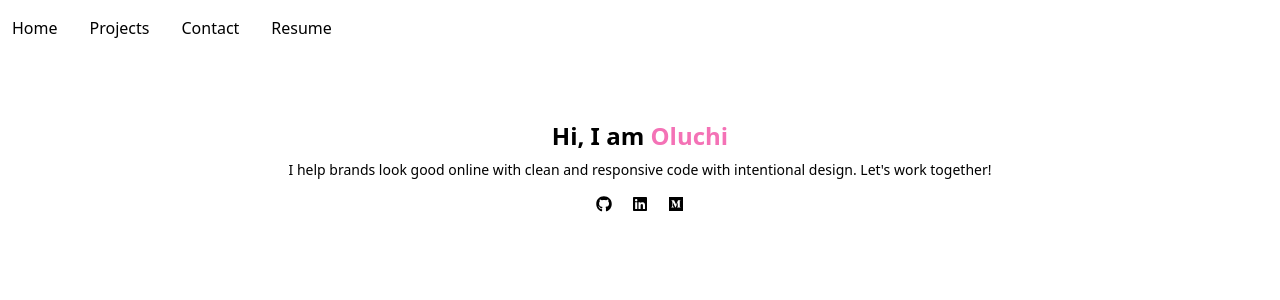
Repository: ooluchi/portfolio_
Page: / (app in my-react-app/)
The author's editor kept a copy of each file at every save. The page is drawn from the files as they stood at one save, then again after the next save.
The browser window is 1280 px wide. The pictures show the whole page.
The project was rebuilt for these pictures with package versions that can differ from the ones it lists, and the page was loaded fresh each time. Also part of the build but not shown: my-react-app/vite.config.ts.

Above is the page before, as saved 2025-11-20 12:07:10.

### my-react-app/src/index.css
@import url("https://fonts.googleapis.com/css2?family=Kumbh+Sans:wght@100;200;300;400;500;600;700;800;900&display=swap");

@tailwind base;
@tailwind components;
@tailwind utilities;

* {
    margin: 0;
    padding: 0;
    box-sizing: border-box;
  }

### my-react-app/src/App.tsx


import './index.css'
import Home from './components/Home'
import NavBar from './components/NavBar'

export default function App() {

  return (
    <div className='dark'>
    <NavBar />
    <Home />
    </div>
  )
}

### my-react-app/src/components/Home.tsx
import { FaGithub, FaLinkedin, FaMedium } from "react-icons/fa";

import "../index.css";


export default function Home() {
  return (
    <div>

      <div className="text-center ">
        <h1 className="font-semibold mt-16 text-2xl">Hi, I am <span className="text-pink-400">Oluchi</span></h1>
        <div className="mt-2 text-sm">
          <p>I help brands look good online with clean and responsive code with intentional design. Let's work together!</p>
        </div>

      </div>
      <div className="flex justify-center gap-5 mt-4">
        <a
          href="https://github.com/ooluchi"
          target="_blank"
          rel="noreferrer"
          aria-label="GitHub"
        >
          <FaGithub/>
        </a>
        <a
          href="https://github.com/ooluchi"
          target="_blank"
          rel="noreferrer"
          aria-label="LinkedIn"
        >
        <FaLinkedin />
        </a>

        <a
          href="https://medium.com/@ooluchiokoro"
          target="_blank"
          rel="noreferrer"
          aria-label="Medium"
        >
          <FaMedium />
        </a>

      </div>
    </div>
  )
}

### my-react-app/src/components/NavBar.tsx

import "../index.css";





export default function NavBar() {

  // const [isOpen, setIsOpen] = useState(false);

  return (
    <nav className="text-center">
      <div className="text-center py-4 ">
        <div className="">
          <div className="lg:hidden">

          </div>
          <div className="w-full lg:block">
            <ul className={`flex flex-row align-justify gap-8 ml-3 lg:static`}>
              <li className=""><a href="#">Home</a></li>
              <li className=""><a href="#">Projects</a></li>
              <li className=""><a href="#">Contact</a></li>
              <li className=""><a href="#">Resume</a></li>
            </ul>
          </div>

        </div>


      </div>

    </nav>
  )
}

Loaded but not shown: my-react-app/index.html (common file); my-react-app/src/main.tsx (common file); my-react-app/tailwind.config.js (common file)

After the next save:
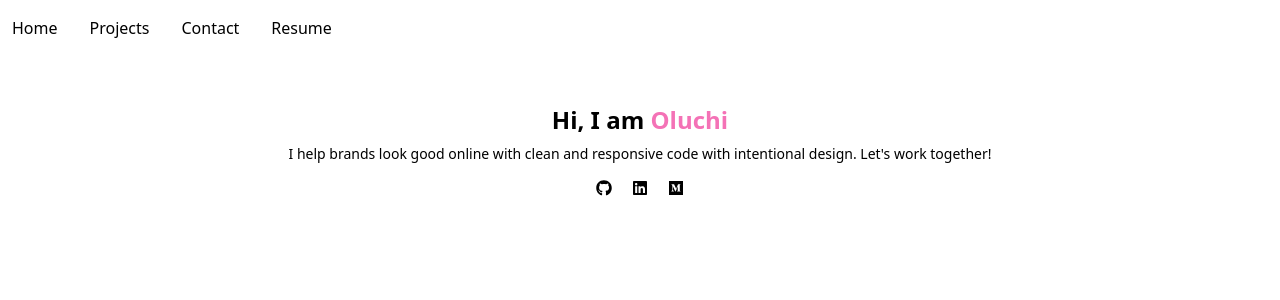
Saved 6 s later.
--- a/my-react-app/src/components/Home.tsx
+++ b/my-react-app/src/components/Home.tsx
@@ -8,7 +8,7 @@ export default function Home() {
     <div>
 
       <div className="text-center ">
-        <h1 className="font-semibold mt-16 text-2xl">Hi, I am <span className="text-pink-400">Oluchi</span></h1>
+        <h1 className="font-semibold mt-12 text-2xl">Hi, I am <span className="text-pink-400">Oluchi</span></h1>
         <div className="mt-2 text-sm">
           <p>I help brands look good online with clean and responsive code with intentional design. Let's work together!</p>
         </div>
